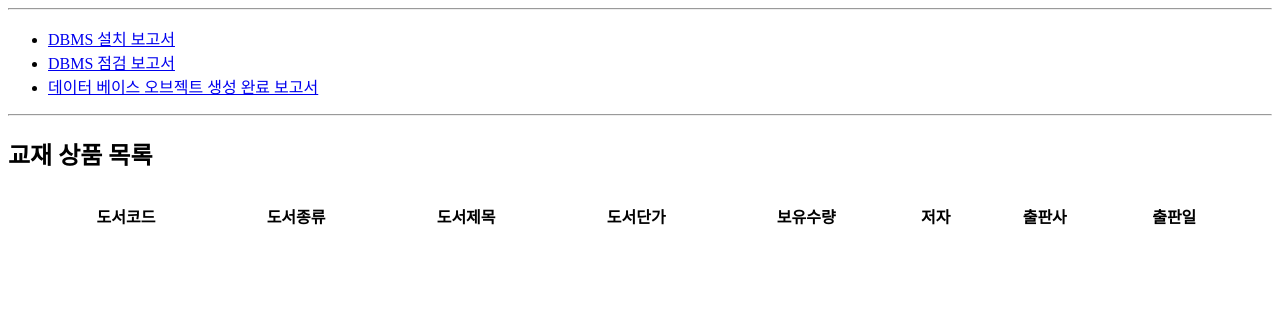
Repository: blackbird0220/kh_database
Page: http://localhost/test01/report02.jsp
An editor plug-in stored every save of this project. The page is shown before and after the next save, followed by the edit.
The browser window is 1280 px wide. The pictures show the whole page.
The page is served by Tomcat 9. Other server files are loaded and not shown. The template is opened directly, without the code that normally fills it, so the values that code supplies are empty.

Above is the page before, as saved 2024-03-29 08:16:49.

### test01/WebContent/report02.jsp
<%@ page language="java" contentType="text/html; charset=UTF-8"
    pageEncoding="UTF-8"%>
<%@ page import="java.util.*, java.text.*, java.sql.*"%>
<%@ page import="org.kh.dto.*"%>
<%@ taglib prefix="c" uri="http://java.sun.com/jsp/jstl/core" %>
<%@ taglib prefix="fmt" uri="http://java.sun.com/jsp/jstl/fmt" %>
<%
	request.setCharacterEncoding("utf-8");
	response.setCharacterEncoding("utf-8");
	response.setContentType("text/html; charset=utf-8");

	Connection con = null;
	PreparedStatement pstmt = null;
	ResultSet rs = null;

	String url = "jdbc:oracle:thin:@localhost:1521:xe";
	String userid = "system";
	String userpw = "1234";
	String sql = "";
	List<Datafile> dList = new ArrayList<>();
	List<Controlfile> cList = new ArrayList<>();
	List<Logfile> lList = new ArrayList<>();

	try {
		Class.forName("oracle.jdbc.OracleDriver");
		con = DriverManager.getConnection(url, userid, userpw);
		sql = "select creation_time, status, enabled, bytes, blocks, create_bytes, block_size, name, con_id from v$datafile";
		pstmt = con.prepareStatement(sql);
		rs =pstmt.executeQuery();
		while(rs.next()){
	Datafile data = new Datafile(rs.getString("creation_time"),
			rs.getString("status"),
			rs.getString("enabled"),
			rs.getInt("bytes"),
			rs.getInt("blocks"),
			rs.getInt("create_bytes"),
			rs.getInt("block_size"),
			rs.getString("name"),
			rs.getInt("con_id"));
	dList.add(data);
		}

		pstmt = null;
		rs = null;

		sql = "select status, name, is_recovery_dest_file, block_size, file_size_blks, con_id from v$controlfile";
		pstmt = con.prepareStatement(sql);
		rs =pstmt.executeQuery();

		while(rs.next()){
			Controlfile data = new Controlfile(rs.getString("name"),
					rs.getString("is_recovery_dest_file"),
					rs.getInt("block_size"),
					rs.getInt("file_size_blks"),
					rs.getInt("con_id"));
			cList.add(data);
		}


		pstmt = null;
		rs = null;

		sql = "select type, member, is_recovery_dest_file, con_id from v$logfile";
		pstmt = con.prepareStatement(sql);
		rs =pstmt.executeQuery();

		while(rs.next()){
			Logfile data = new Logfile(rs.getString("type"),
					rs.getString("member"),
					rs.getString("is_recovery_dest_file"),
					rs.getInt("con_id"));

			lList.add(data);
		}



	} catch(Exception e){
		e.printStackTrace();
	} finally {
		if(rs!=null){
			try {
					rs.close();
			} catch(Exception e){
					e.printStackTrace();
			}
		}

		if(pstmt!=null){
			try {
					pstmt.close();
			} catch(Exception e){
				e.printStackTrace();
			}
		}

		if(con!=null){
			try {
					con.close();
			} catch(Exception e){
					e.printStackTrace();
			}
		}
	}

	pageContext.setAttribute("dList", dList);
	pageContext.setAttribute("cList", cList);
	pageContext.setAttribute("lList", dList);
%>
<!DOCTYPE html>
<html>
<head>
<meta charset="UTF-8">
<title>Datafile 목록</title>
</head>
<body>
<hr>
<%@ include file = "menu.jsp" %>
<hr>
<h2>교재 상품 목록</h2>
<table style="width:1200px;margin:30px auto">
	<tread>
		<tr>
			<th>도서코드</th><th>도서종류</th><th>도서제목</th>
			<th>도서단가</th><th>보유수량</th><th>저자</th>
			<th>출판사</th><th>출판일</th>
		</tr>
	</tread>
	<tbody>
	<c:forEach var="book" items="${bList}" varStatus="status">
		<tr>
			<td>${book.bid}</td><td>${book.bkind}</td>
			<td>${book.btitles}</td><td>${book.bprice}</td>
			<td>${book.bcount}</td><td>${book.author}</td>
			<td>${book.pubcom}</td><td>${book.pdate}</td>
		</tr>
	</c:forEach>
	</tbody>
</table>
</body>
</html>

### test01/WebContent/menu.jsp
<%@ page language="java" contentType="text/html; charset=UTF-8"
    pageEncoding="UTF-8"%>
<nav id='gnb'>
	<ul>
		<li>
			<a href="report01.html">DBMS 설치 보고서</a>
		</li>
		<li>
			<a href="report02.html">DBMS 점검 보고서</a>
		</li>
		<li>
			<a href="report03.html">데이터 베이스 오브젝트 생성 완료 보고서</a>
		</li>
	</ul>
</nav>

After the next save:
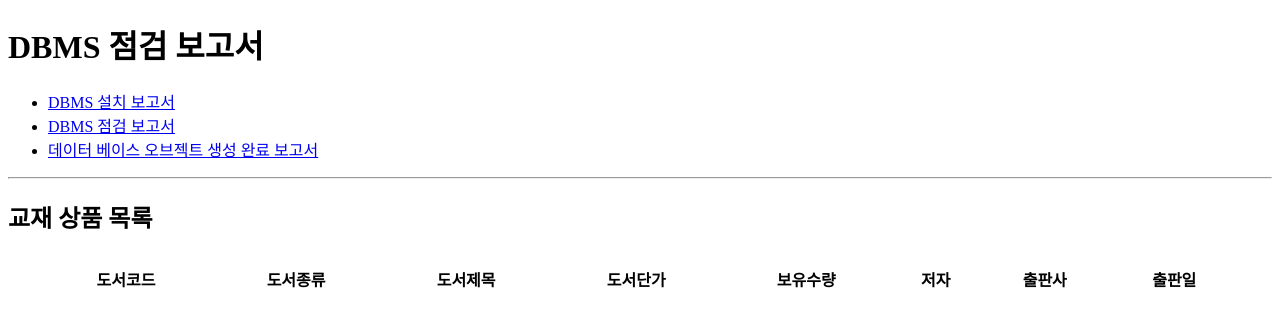
Saved 2 min 5 s later.
--- a/test01/WebContent/report02.jsp
+++ b/test01/WebContent/report02.jsp
@@ -111,10 +111,16 @@
 <html>
 <head>
 <meta charset="UTF-8">
-<title>Datafile 목록</title>
+<title>DBMS 점검 보고서</title>
+<style>
+
+
+
+
+</style>
 </head>
 <body>
-<hr>
+<h1 class="title">DBMS 점검 보고서</h1>
 <%@ include file = "menu.jsp" %>
 <hr>
 <h2>교재 상품 목록</h2>
